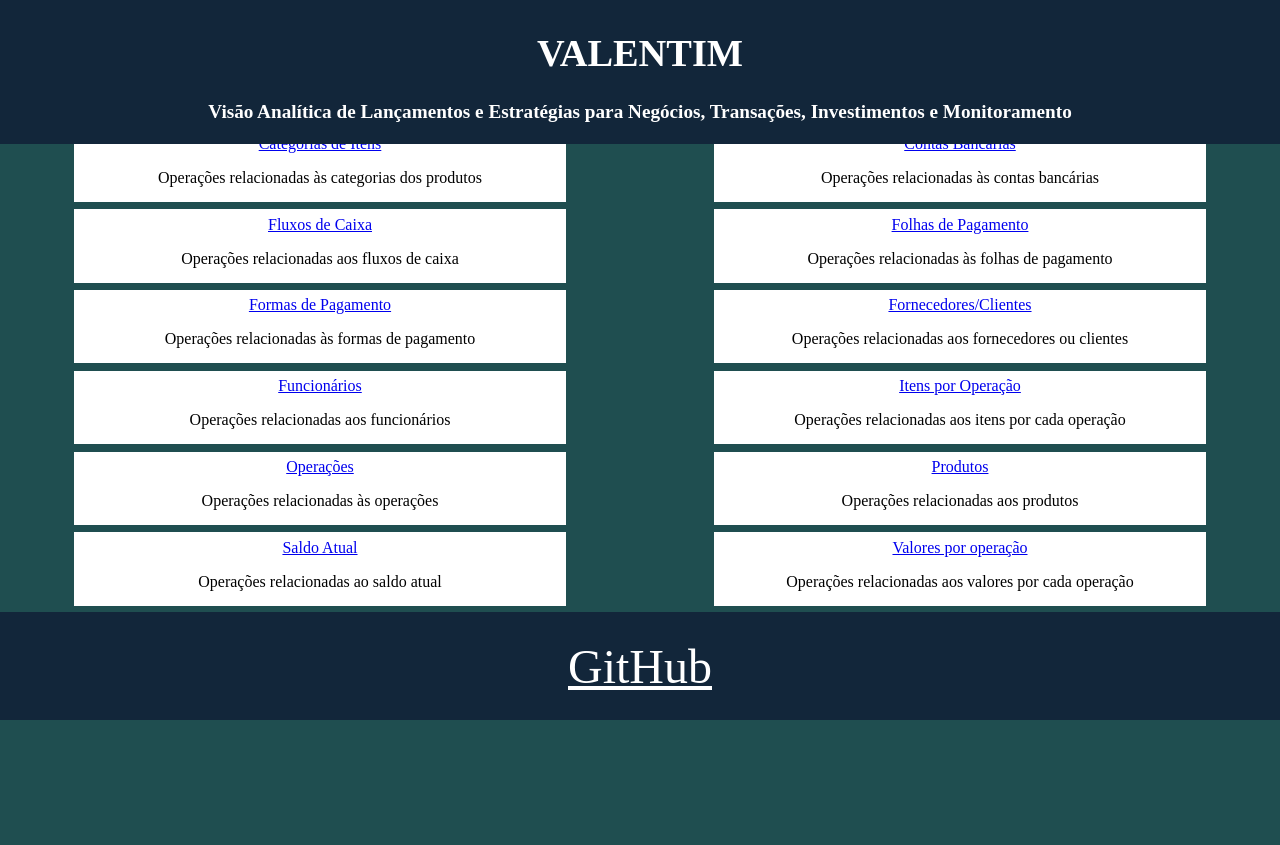
Repository: Matheus-Lacerda009/ERP-Financeiro
Page: Front/menu/menu.html
These files come from the project's save history. The page is drawn as it stood at one moment and after the next save; the edit follows.
The browser window is 1280 px wide. The pictures show the whole page.

Above is the page before, as saved 2026-07-13 19:04:20.

After the next save:
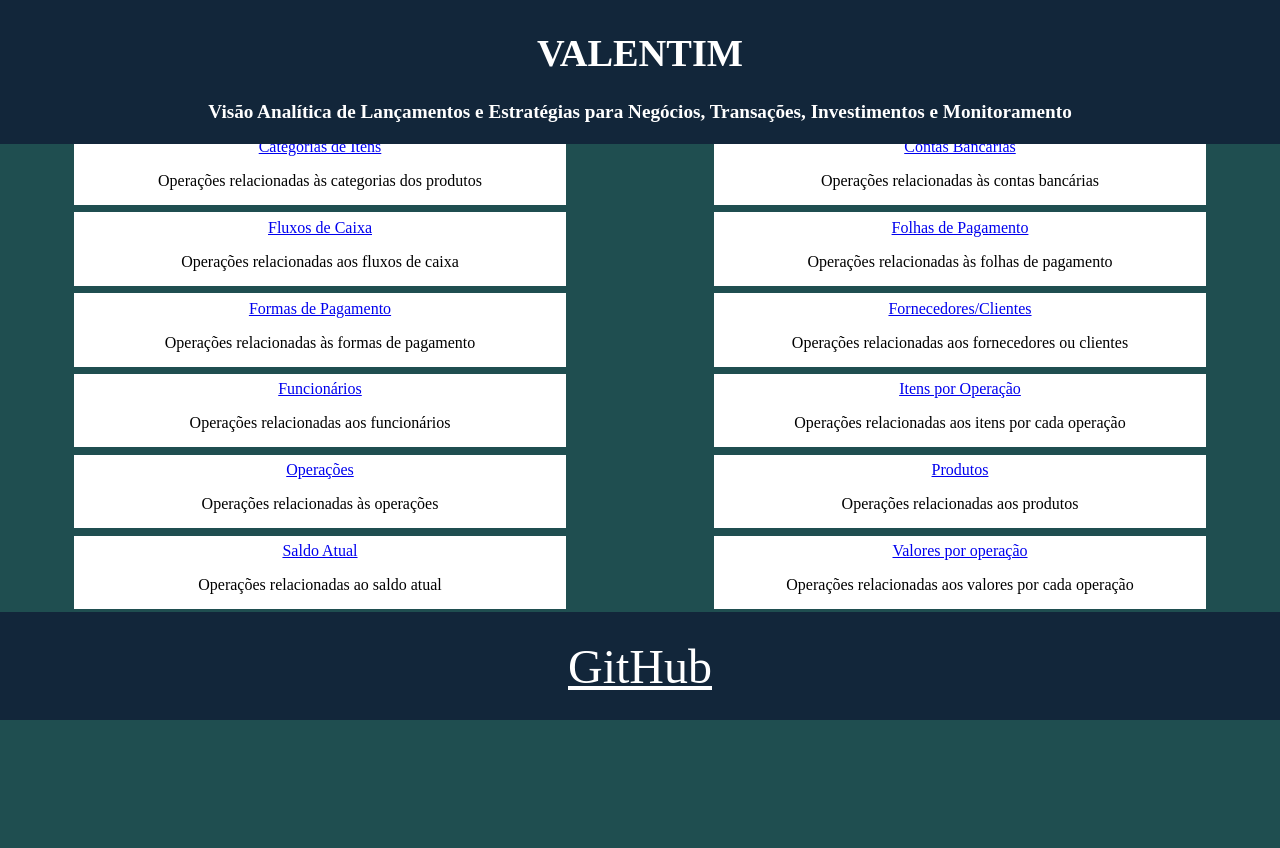
Saved 10 s later.
--- a/Front/menu/menu.css
+++ b/Front/menu/menu.css
@@ -47,7 +47,7 @@ body{
 }
 
 .container{
-    margin-top: 9.75%;
+    margin-top: 10%;
     height: 100vh;
     width: 100%;
     box-sizing: border-box;
